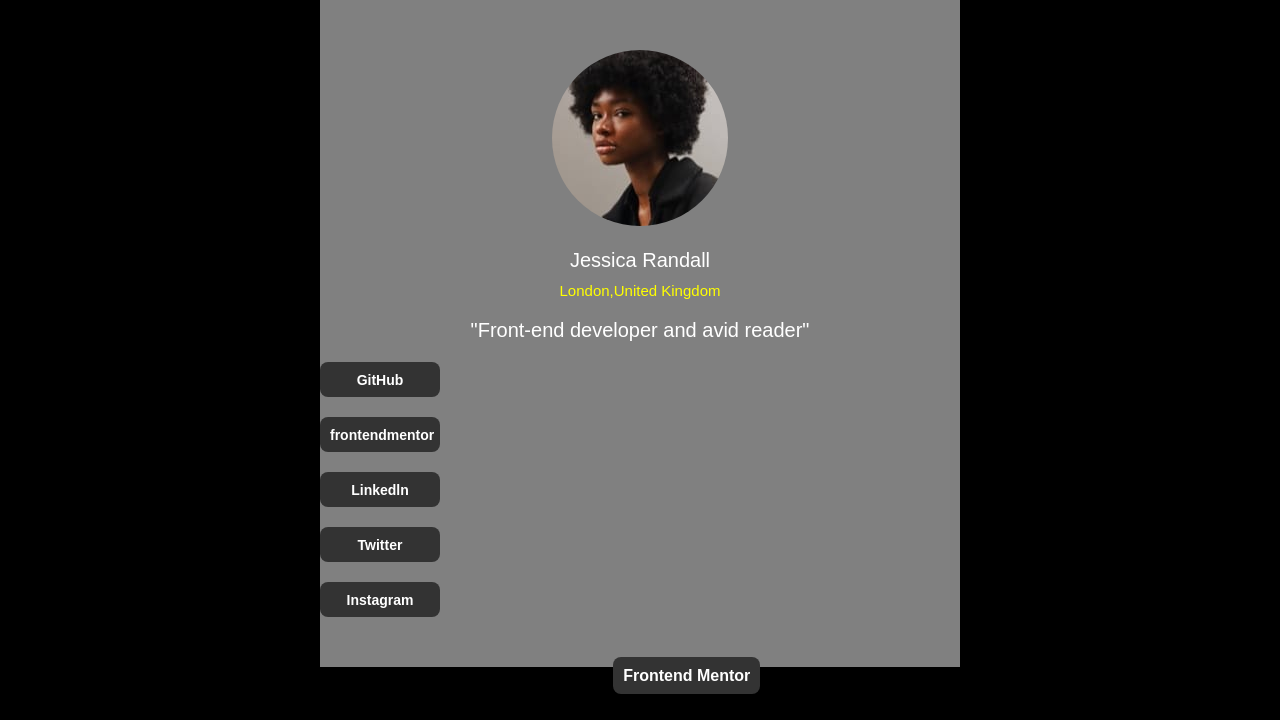
Repository: JosephAbatan05/Social-links-profile
Page: social-links-profile-main/index.html
These files come from the project's save history. The page is drawn as it stood at one moment and after the next save; the edit follows.
The browser window is 1280 px wide. The pictures show the whole page.

Above is the page before, as saved 2025-01-25 11:07:05.

### social-links-profile-main/index.html
<!DOCTYPE html>
<html lang="en">
<head>
  <meta charset="UTF-8">
  <meta name="viewport" content="width=device-width, initial-scale=1.0"> <!-- displays site properly based on user's device -->

  <link rel="icon" type="image/png" sizes="32x32" href="./assets/images/favicon-32x32.png">

  <title>Frontend Mentor | Social links profile</title>
<link rel="stylesheet" href="styles.css">

  <!-- Feel free to remove these styles or customise in your own stylesheet 👍 --<style>
    .attribution { font-size: 11px; text-align: center; }
    .attribution a { color: hsl(228, 45%, 44%); }
  </style>
</head>
<body>

  Jessica Randall
  London, United Kingdom
  "Front-end developer and avid reader."

  GitHub
  Frontend Mentor
  LinkedIn
  Twitter
  Instagram


-->

<div class="container">
  <img src="assets\images\avatar-jessica.jpeg" >

<div id="name">Jessica Randall</div>
<div class="description">London,United Kingdom</div>
<div class="about">"Front-end developer and avid reader"</div>
<div id="fa-links-container">
  <div >
    <a href="https://github.com" class="button">GitHub</a>



    <a href="https://frontendmentor.com" class="button">frontendmentor</a>




    <a href="https://Linkedln.com" class="button">Linkedln</a>





    <a href="https://Twitter.com" class="button">Twitter</a>





    <a href="https://Instagram.com" class="button">Instagram</a>






  </div>



</div>


</div>
<div class="attribution">
  Challenge by <a href="https://www.frontendmentor.io?ref=challenge" target="_blank">Frontend Mentor</a>.
</div>

</body>
</html>

### social-links-profile-main/styles.css
body{
    margin:0;
    padding:0;
    box-sizing: border-box;
    background-color: black;
    font-family: sans-serif;
}
.container{
    text-align: center;
    margin: 0 auto;
    font-size:14px;
    background-color: grey;
    max-width: 50%;
    padding: 50px 0;
}
img{
    border-radius:50%;


}
.container #name{
    color:white;
    margin-top: 20px;
    font-size:20px;
}

.container .description{
    color:yellow;
    margin-top: 10px;
    font-size: 15px;
}
.container .about{
    margin-top:20px;
    color:white;
    font-size: 20px;
}

.fa-links-container{
    margin-top:20px;
    padding:10px;
    text-align: center;

}
/*
.fa-links-container div a button{
    padding:10px;
    border-radius:5px;
    background-color:rgb(37, 36, 36);
    color:white;
    margin:0  auto;
    max-width: 45%;
    align-items:flex-end;
   margin-top: 5px;
   font-weight:bold
}
   */

.button{
    display: flex;
    gap:15px;
    flex-direction: column;
    margin-top: 20px;
}
 a{
    text-decoration: none;
    font-weight:600;
    padding:10px;
    border: none;
    color:white;
    background-color:hsl(0, 0%, 20%);
    border-radius:8px;
    max-width:100px;
    height:15px;
    border:none;
    justify-content: center;
}
.attribution{
    text-align:center;
    text-decoration: none;
}

After the next save:
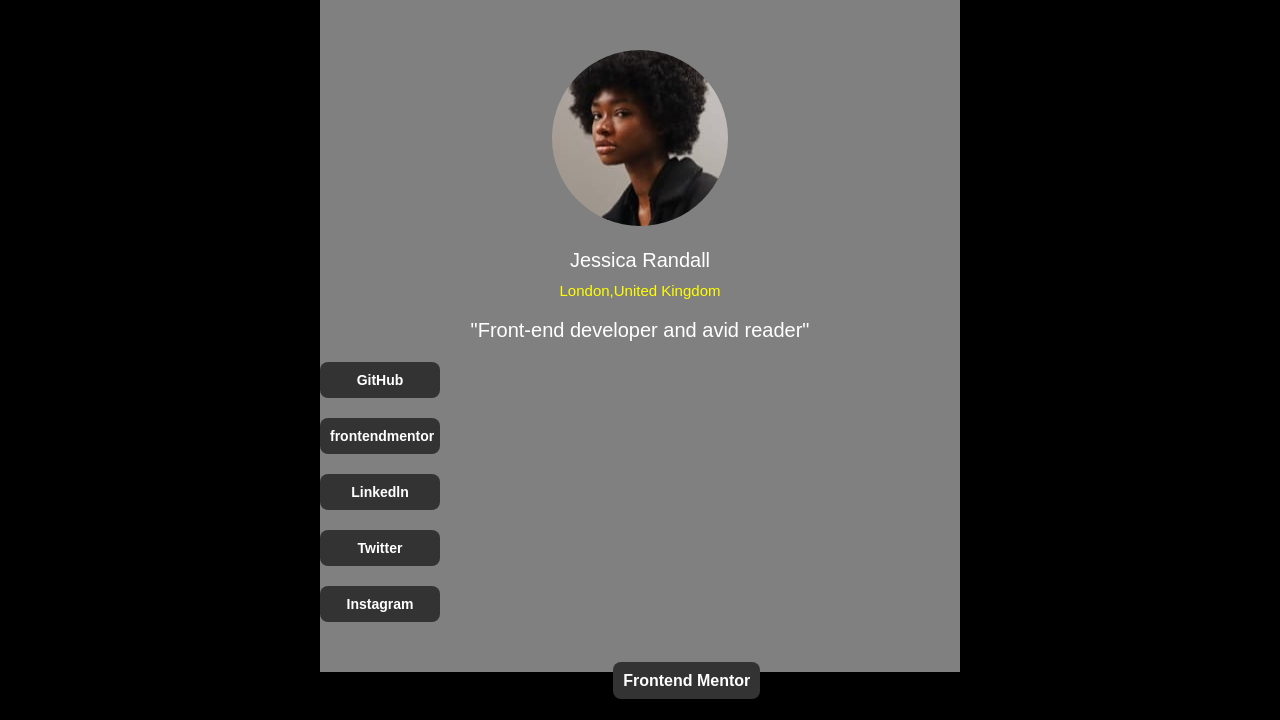
Saved 20 s later.
--- a/social-links-profile-main/styles.css
+++ b/social-links-profile-main/styles.css
@@ -70,7 +70,7 @@
     background-color:hsl(0, 0%, 20%);
     border-radius:8px;
     max-width:100px;
-    height:15px;
+    height:15
     border:none;
     justify-content: center;
 }

After the save that followed:
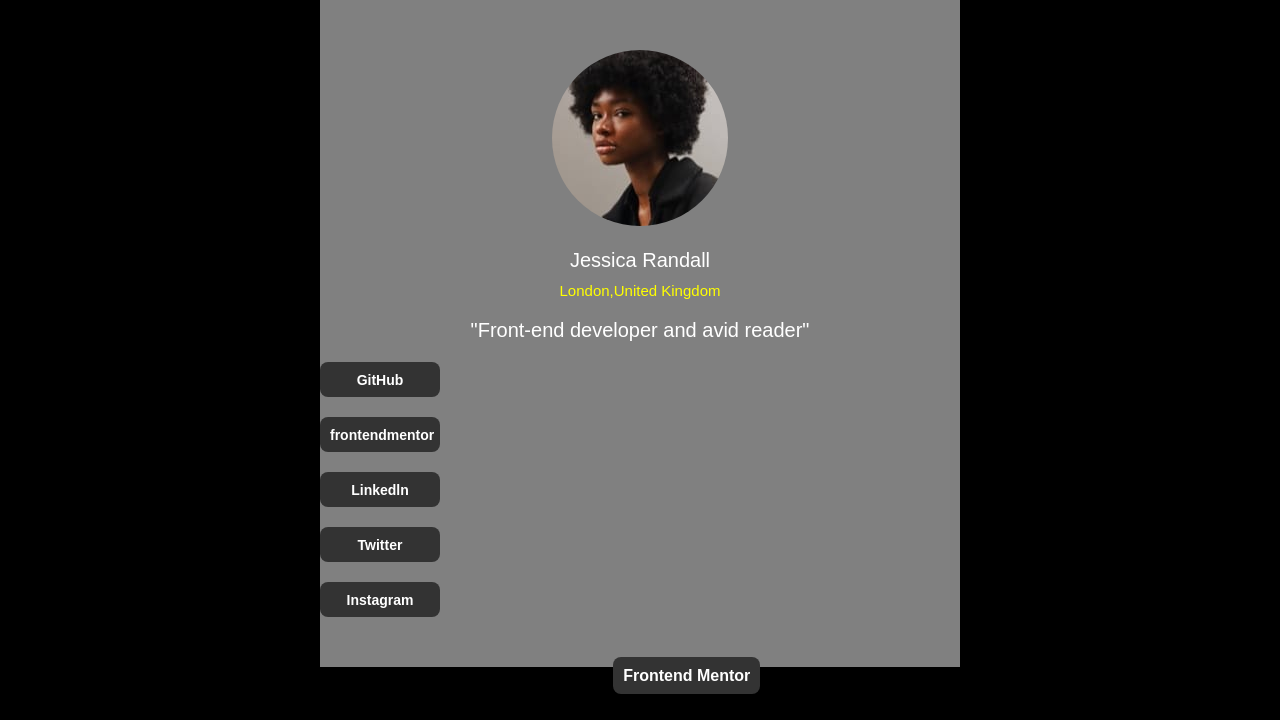
Saved 4 s later.
--- a/social-links-profile-main/styles.css
+++ b/social-links-profile-main/styles.css
@@ -70,7 +70,8 @@
     background-color:hsl(0, 0%, 20%);
     border-radius:8px;
     max-width:100px;
-    height:15
+    height:15px;
+
     border:none;
     justify-content: center;
 }
